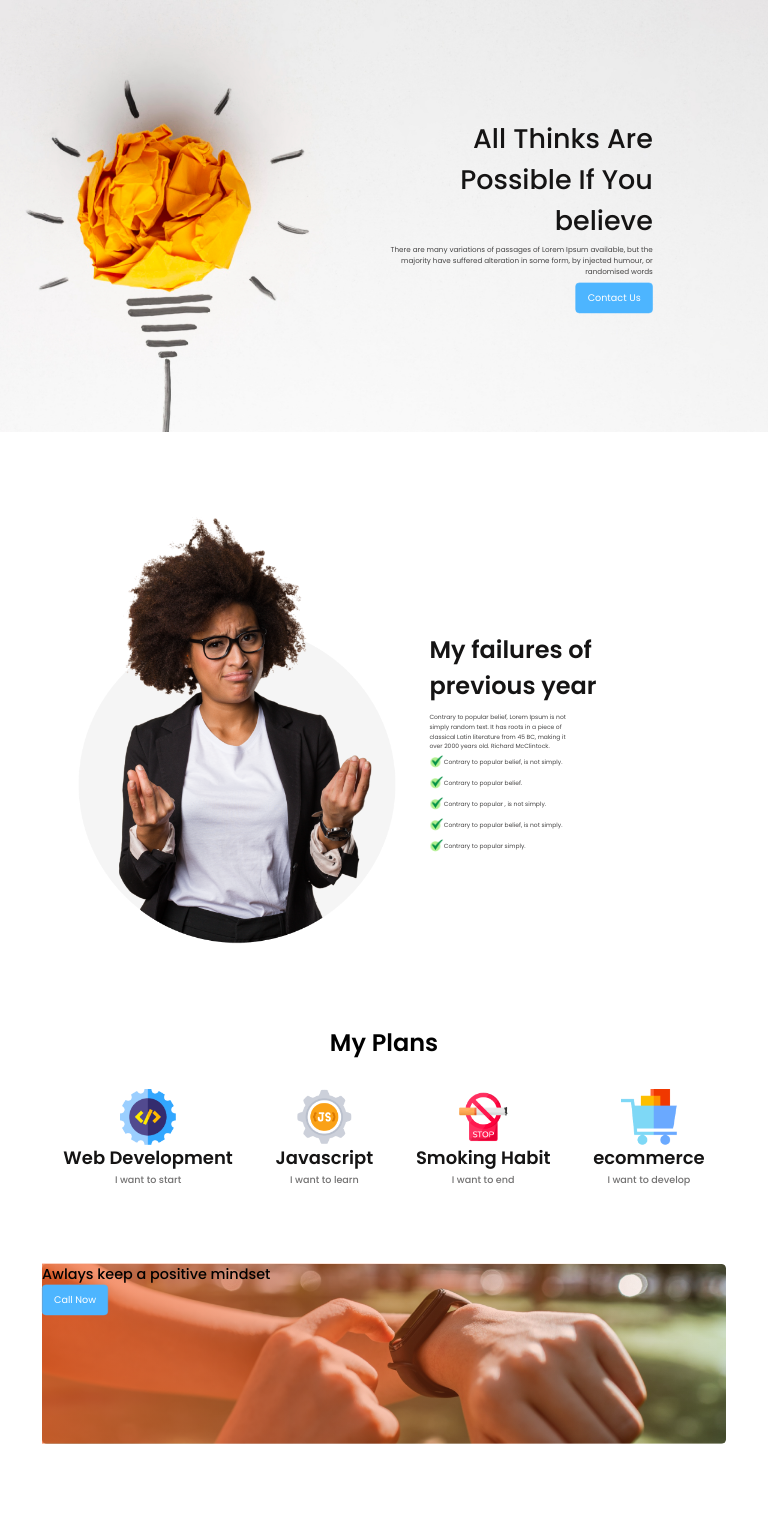
Repository: mdrubel02/new-year-new-mission
Page: index.html
The author's editor kept a copy of each file at every save. The page is drawn from the files as they stood at one save, then again after the next save.
The browser window is 1280 px wide. The pictures show the whole page, at 60% of full size.

Above is the page before, as saved 2023-01-07 00:09:06.

After the next save:
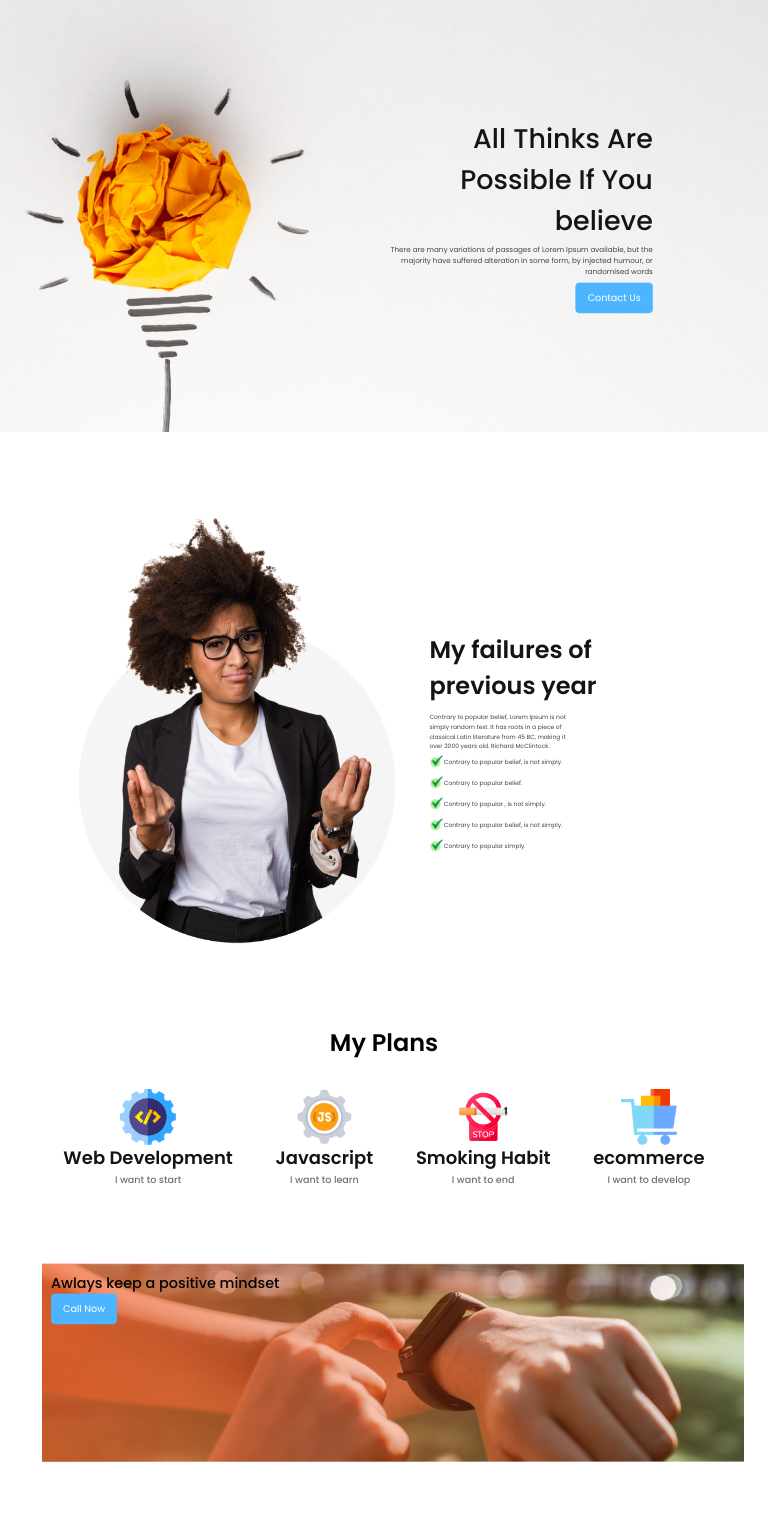
Saved 40 s later.
--- a/index.css
+++ b/index.css
@@ -188,6 +188,7 @@
     position: relative;
     z-index: 1;
     display: flex;
+    padding: 15px;
     flex-direction: column;
     justify-content: flex-start;
     align-items: flex-start;

After the 3 saves that followed:
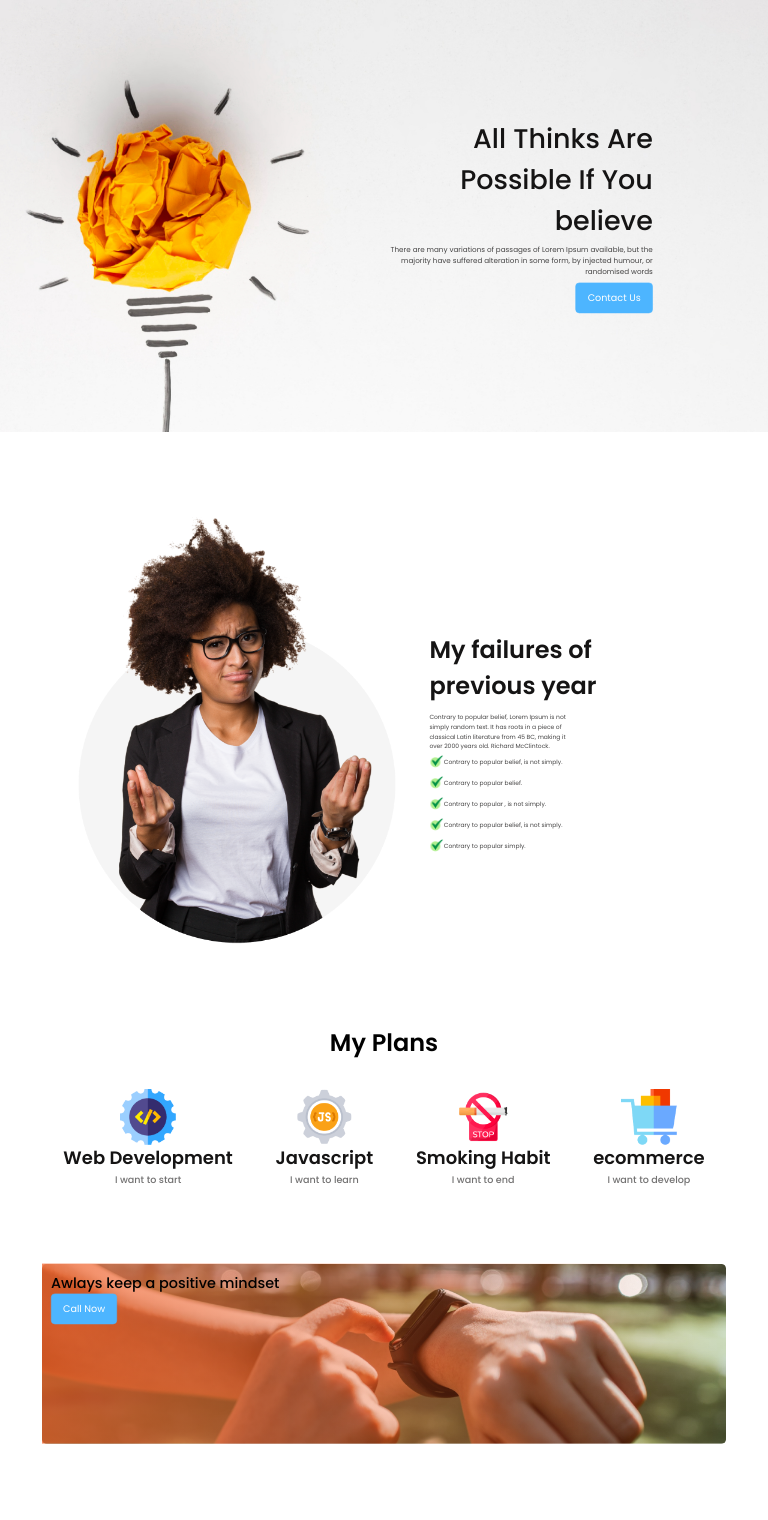
The 3 saves are shown as one change because 2 left the picture as it was.
The last was saved 106 s later.
--- a/index.html
+++ b/index.html
@@ -83,8 +83,10 @@
     <!------------- activity section --------------->
     <section class="container">
         <div class="activity_section">
+            <div class="activity-contaien">
                 <h1>Awlays keep a positive mindset</h1>
                 <a href="" class="btn btn-primary">Call Now</a>
+            </div>
         </div>
     </section>
 </body>
--- a/index.css
+++ b/index.css
@@ -188,7 +188,6 @@
     position: relative;
     z-index: 1;
     display: flex;
-    padding: 15px;
     flex-direction: column;
     justify-content: flex-start;
     align-items: flex-start;
@@ -205,3 +204,6 @@
     z-index: -5;
     background: linear-gradient(90deg, #F15B22 0%, rgba(241, 91, 34, 0) 100%);
 }
+.activity-contaien{
+    padding: 15px;
+}
